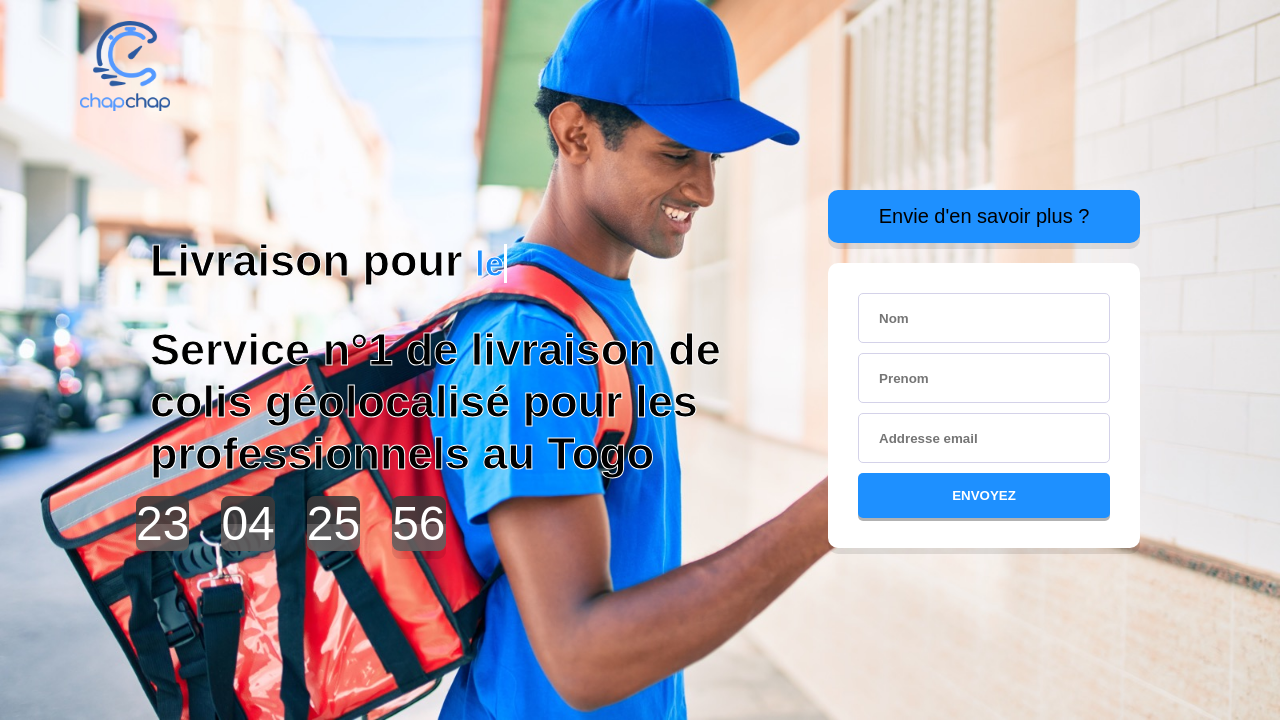
Repository: lawalalao/landpage
Page: index.html
These files come from the project's save history. The page is drawn as it stood at one moment and after the next save; the edit follows.
The browser window is 1280 px wide. The pictures show the whole page.
Some web fonts or font styles are not loaded; a fallback is used.

Above is the page before, as saved 2021-01-14 17:51:50.
Console error: TypeError: Cannot read properties of null (reading 'addEventListener')

After the next save:
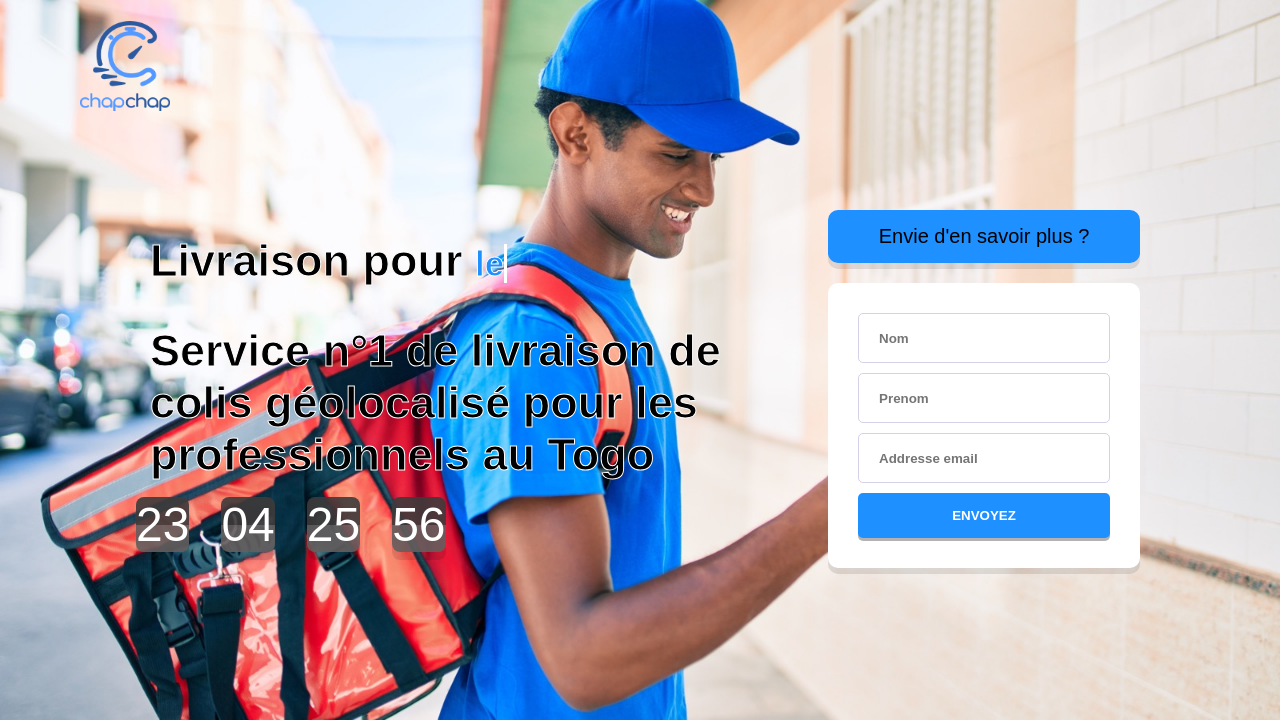
Saved 82 s later.
--- a/style.css
+++ b/style.css
@@ -272,9 +272,9 @@ input:hover {
 
     .signup-form {
         width: 46%;
-      font-family: 'Allerta Stencil',
-      sans-serif;
-
+        font-family: 'Allerta Stencil',
+        sans-serif;
+        margin-top: 20px;
     }
 
     form {
